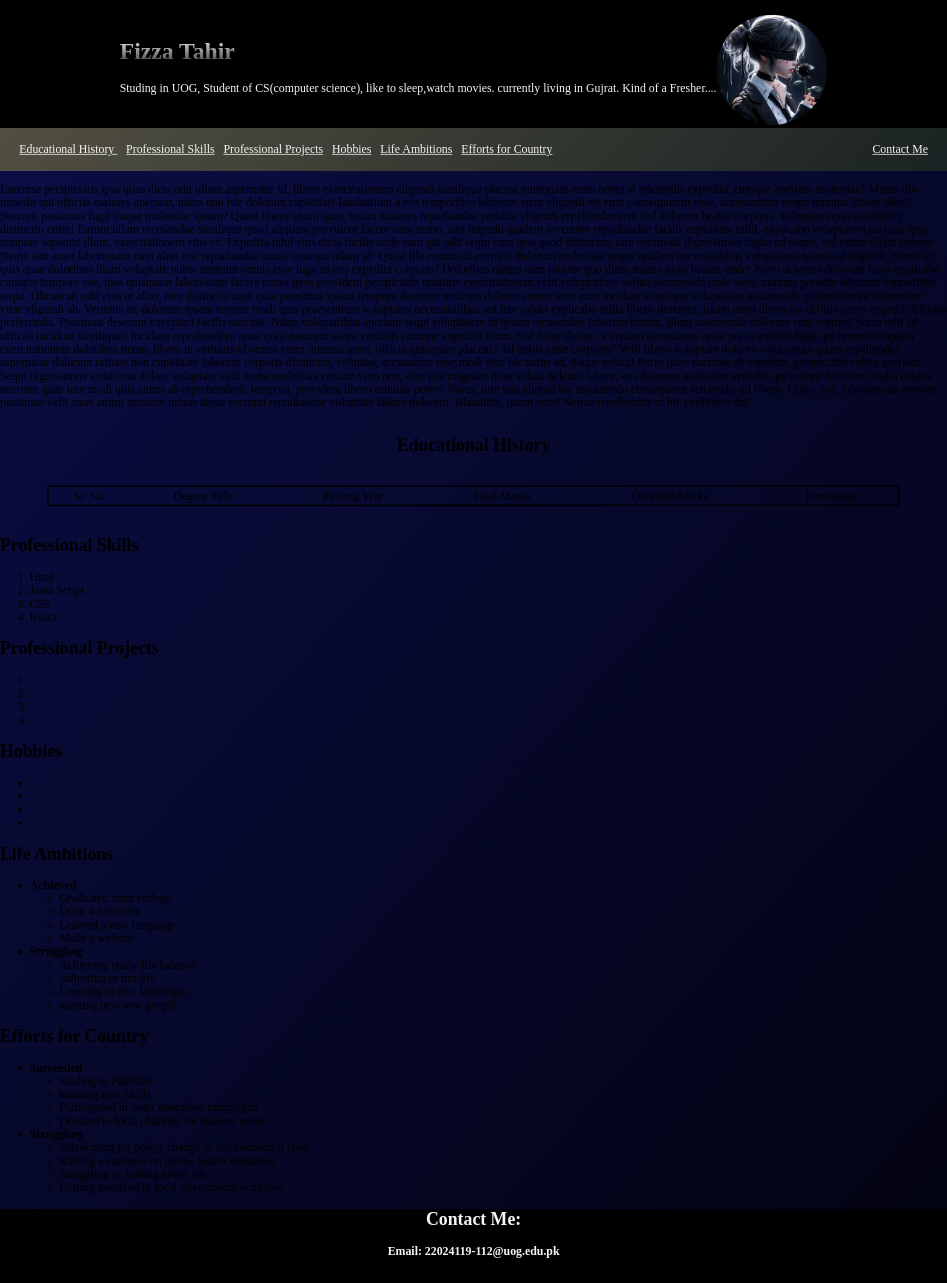
Repository: Fizza-112/project
Page: /
An editor plug-in stored every save of this project. The page is shown before and after the next save, followed by the edit.
The browser window is 1280 px wide. The pictures show the whole page, at 74% of full size.
The project was rebuilt for these pictures with package versions that can differ from the ones it lists, and the page was loaded fresh each time. Also part of the build but not shown: vite.config.ts.

Above is the page before, as saved 2024-09-16 09:48:55.

### src/App.tsx

import React from 'react'
import "./App.css"
import profileimg from "./assets/WhatsApp Image 2024-09-06 at 9.05.18 AM.jpeg"

const App = () => {
  return (
    <>
    <header>
    <div> <h1 id='name'>Fizza Tahir</h1>
    <p id="intro">Studing in UOG, Student of CS(computer science), like to sleep,watch movies. currently living in Gujrat. Kind of a Fresher....</p>
    </div>
    <div>
      <img  src={profileimg} alt='image' id="image"/>
    </div>
    </header>
    <nav id="nav">
      <div id="">

  <a href='#EducationalHistory'>Educational History </a>

  <a href='#ProfessionalSkills'>Professional Skills</a>
  <a href="#ProfessionalProjects">Professional Projects</a>
  <a href="#Hobbies">Hobbies</a>
  <a href="#life-ambitions">Life Ambitions</a>
  <a href="#efforts-for-country">Efforts for Country</a>
  </div>
  <div>
  <a href="#Contact-Me">Contact Me</a>
  </div>
</nav>
<p>Loremse perspiciatis ipsa quas dicta odit ullam aspernatur id, libero exercitationem eligendi similique placeat numquam enim nemo at reiciendis expedita, cumque aperiam molestias? Minus illo impedit qui officiis maiores aperiam, natus quo iste dolorum cupiditate laudantium a eos temporibus laborum error eligendi est eum consequuntur esse, accusantium eaque minima labore odio! Suscipit possimus fugit itaque molestiae ipsum? Quasi libero animi quas, totam maiores repudiandae pariatur eligendi repellendus rem sed dolorem beatae corporis. Voluptates quo et adipisci distinctio enim! Earum ullam recusandae similique quod aliquam provident facere nam nemo, sint impedit quidem inventore repudiandae facilis cupiditate nihil, explicabo voluptatem pariatur ipsa tempore sapiente illum, exercitationem eius ex. Expedita nihil eius dicta facilis unde eum qui odit sequi cum ipsa quod distinctio, iure commodi dignissimos fugiat ad eaque, vel totam ullam ratione! Nemo sint amet laboriosam nam alias nisi repudiandae natus nostrum ullam id! Quasi illo commodi corrupti dolorum molestiae neque quidem necessitatibus voluptatem ipsum ad eligendi, minus et quis quae doloribus illum voluptate nobis nostrum omnis esse fuga ea eos expedita corporis? Doloribus magni nam ratione quo illum minus iusto beatae unde! Porro delectus dolorum iusto explicabo cumque tempore eos, ipsa quisquam laboriosam facere nemo quos provident perspiciatis maxime exercitationem velit voluptatibus soluta assumenda unde vero, minima pariatur laborum temporibus sequi. Obcaecati odit eius ut alias, rem distinctio nam quia possimus ipsam tempore deserunt nostrum dolores consectetur eum incidunt similique voluptatem assumenda quidem rerum aspernatur vitae eligendi ab. Veritatis in, dolorum ipsam tenetur modi quis praesentium voluptates necessitatibus aut iste soluta explicabo nulla libero deserunt, totam amet distinctio debitis porro impedit delectus perferendis. Possimus deserunt excepturi facilis suscipit. Natus voluptatibus aperiam sequi voluptatem id ipsum recusandae laborum harum. Illum assumenda dolorum sunt corrupti porro odit ad officiis incidunt similique? Incidunt reprehenderit quae quos nostrum saepe veritatis cumque expedita illum. Sed dolor dolore, a veniam accusamus optio porro quaerat fugit qui rerum! Aliquam exercitationem doloribus nemo, libero in veritatis id omnis enim minima amet, officia quisquam placeat? Ad nobis unde corporis? Velit libero voluptate dolores voluptatum quam repellendus aspernatur dolorum ratione non cupiditate laborum corporis distinctio, voluptas, accusamus esse modi eius hic natus ad, itaque soluta! Porro quae maxime ab expedita, perspiciatis soluta aperiam! Sequi dignissimos architecto dolore voluptate velit nemo molestias veniam vero non, eius iste magnam quae soluta deleniti labore, eos dolorem molestiae veritatis qui ratione laborum. Nulla debitis nostrum quas iure modi quis animi ab reprehenderit, tempora, provident libero minima porro? Natus, iure nisi aliquid hic assumenda consequatur reiciendis ad libero. Optio, eos, laborum aut eveniet possimus velit amet animi maxime minus atque corrupti repudiandae voluptate labore dolorem. Blanditiis, quam eum! Neque repellendus ut hic explicabo dol</p>
  <div id="EducationalHistory">

    <h2 id="edh">Educational History </h2>
    <table>
  <tr>
    <td>Sr. No</td>
   <td>Degree Title</td>
    <td>Passing Year</td>
    <td>Total Marks</td>
    <td>Obtained Marks</td>
       <td>Percentage</td>
  </tr>
  </table>
  </div>

  <div id="ProfessionalSkills">
<h2>Professional Skills</h2>
<ol>
<li>Html</li>
<li>Jawa Script</li>
<li>CSS</li>
<li>React</li>
</ol>
   </div>

  <div id="ProfessionalProjects">
<h2>Professional Projects</h2>
<ol>
<li></li>
<li></li>
<li></li>
<li></li>
</ol>
   </div>

  <div id="Hobbies">
<h2>Hobbies</h2>
<ul>
<li></li>
<li></li>
<li></li>
<li></li>
</ul>
   </div>

   <div id="life-ambitions">
    <h2>Life Ambitions</h2>
    <ul>
      <li><b>Achieved</b></li>
      <ul>
        <li>Graduated from college</li>
        <li>Done 4 Semester </li>
        <li>Learned a new language</li>
        <li>Made a website </li>
      </ul>
      <li><b>Struggling</b></li>
      <ul>
        <li>Achieving study-life balance</li>
        <li>Adjusting in uni life</li>
        <li>Learning to new languages</li>
        <li>meating new new people</li>
      </ul>
    </ul>
    </div>

    <div id="efforts-for-country">
    <h2>Efforts for Country</h2>
    <ul>
      <li><b>Succeeded</b></li>
      <ul>
        <li>Studing in Pakistan</li>
        <li>learning new Skills</li>
        <li>Participated in voter education campaigns</li>
        <li>Donated to local charities for disaster relief</li>
      </ul>
      <li><b>Struggling</b></li>
      <ul>
        <li>Advocating for policy change in environmental laws</li>
        <li>Raising awareness on public health initiatives</li>
        <li>Struggling in finding better job</li>
        <li>Getting involved in local government activities</li>
      </ul>
    </ul>
  </div>
<div id="Contact-Me">
  <footer id='footer'>
<h2>Contact Me: </h2>
<h4> Email: 22024119-112@uog.edu.pk</h4>
  </footer>
  </div>
    </>
  )
}

export default App

### src/App.css
body{
  margin: 0px;
  padding: 0px;
  background-color: #3d406d;
background-image: linear-gradient(132deg, #0a0e47 0%, #030311 100%);

}
header{
  display: flex;
  align-items: center;
  justify-content: center;
  width: 100%;
  color:aliceblue;
  background-color:black
}
#name{
  background: linear-gradient(#eee, #333);  /* The gradient color */
  -webkit-background-clip: text;       /* Clip the background to the text */
  background-clip: text;              /* For non-WebKit browsers */
  color: transparent;



}
#image{
  width: 150px;
  margin-left: auto !important; /* This pushes the image to the right */
  border-radius: 50%;
  margin-top: 20px;

}
#nav{
  display: flex;
  align-items:center;
  justify-content: space-between;
  padding: 20px;background-color: #524f41;
  background-image: linear-gradient(132deg, #524f41 0%, #1a2323 100%);




}
a{
  color:whitesmoke;
  margin: 6px;

}
table{
  border: 2px solid black;
  justify-content:center;
  align-items:center;
  text-align: center;
 width: 90%;
  margin: 20px;


}
#EducationalHistory{
  width:100%;
  display:flex;
  flex-direction: column;
  justify-content: center;
  align-items:center;
}
#footer{
  text-align: center;
  background-color: black;
  color:whitesmoke;
  margin: 20px, 0px 0px, 0px;
  padding:20px,0px;
  height: 100px;
}

Loaded but not shown: index.html (common file); src/main.tsx (common file); src/index.css (no stored copy; drawn as an empty file)

After the next save:
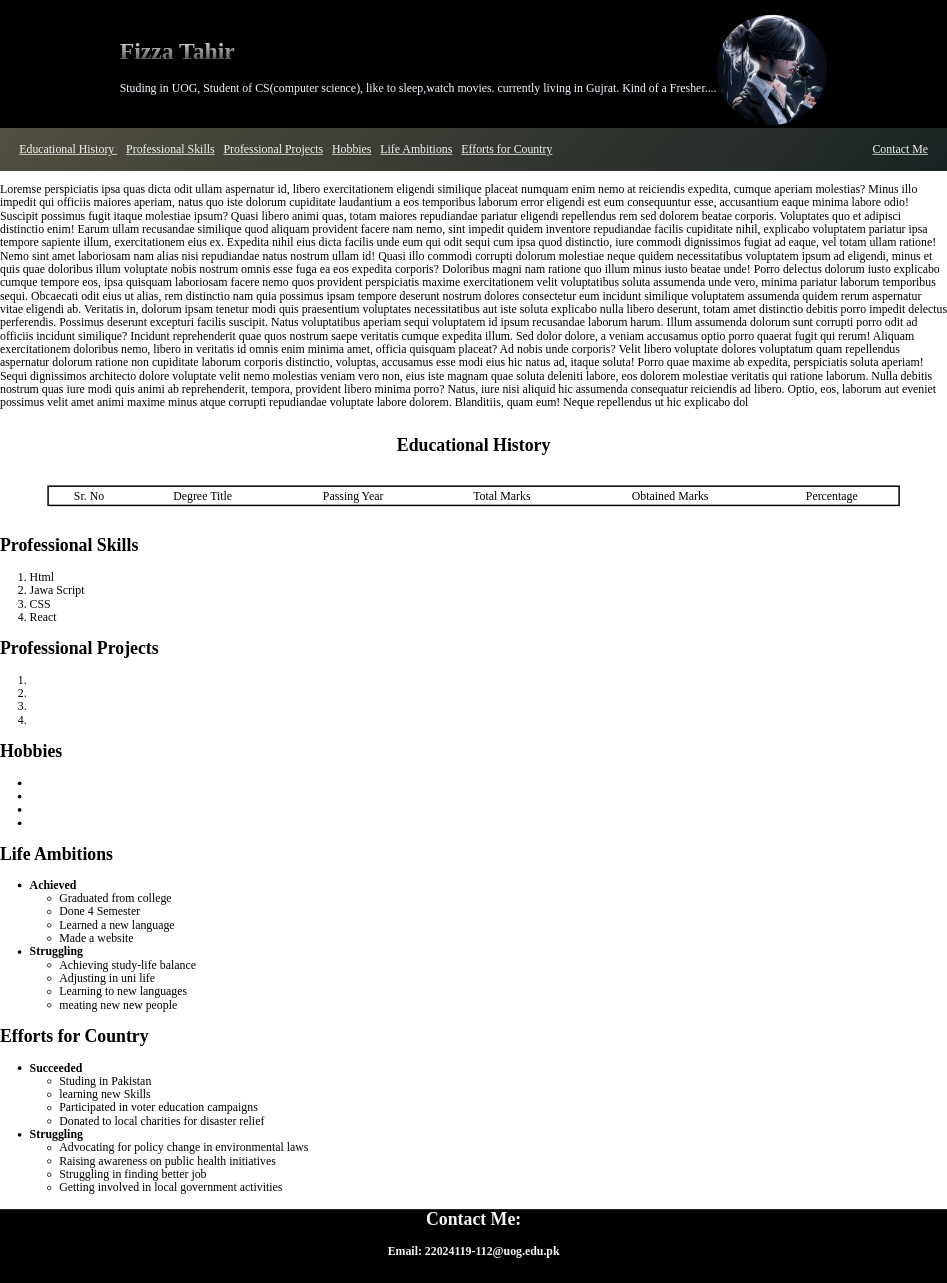
Saved 61 s later.
--- a/src/App.css
+++ b/src/App.css
@@ -1,8 +1,7 @@
 body{
   margin: 0px;
   padding: 0px;
-  background-color: #3d406d;
-background-image: linear-gradient(132deg, #0a0e47 0%, #030311 100%);
+
 
 }
 header{
